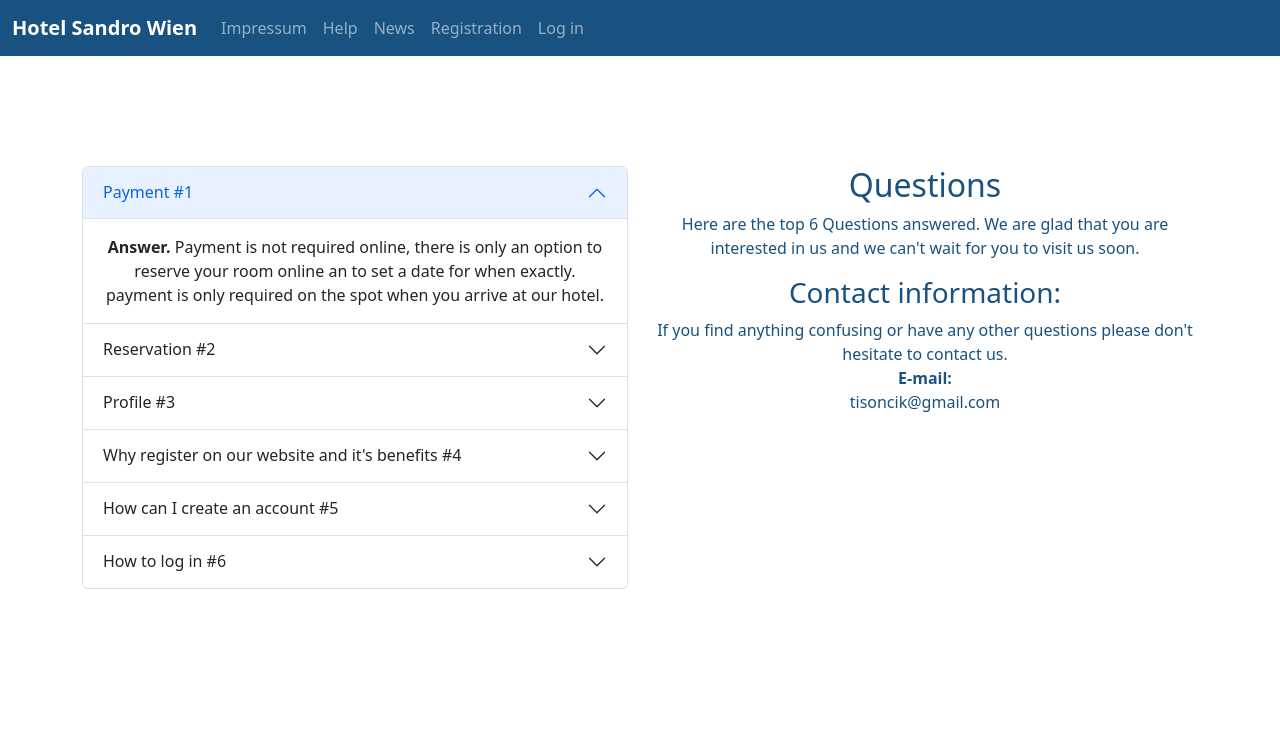
Repository: TIS0N/Hotel_Sandro
Page: http://localhost/pages/help.php
The author's editor kept a copy of each file at every save. The page is drawn from the files as they stood at one save, then again after the next save.
The browser window is 1280 px wide. The pictures show the whole page.
The page is run by PHP 8.4 with error messages shown; the project is at /var/www/html/.

Above is the page before, as saved 2023-01-15 23:05:01.

After the next save:
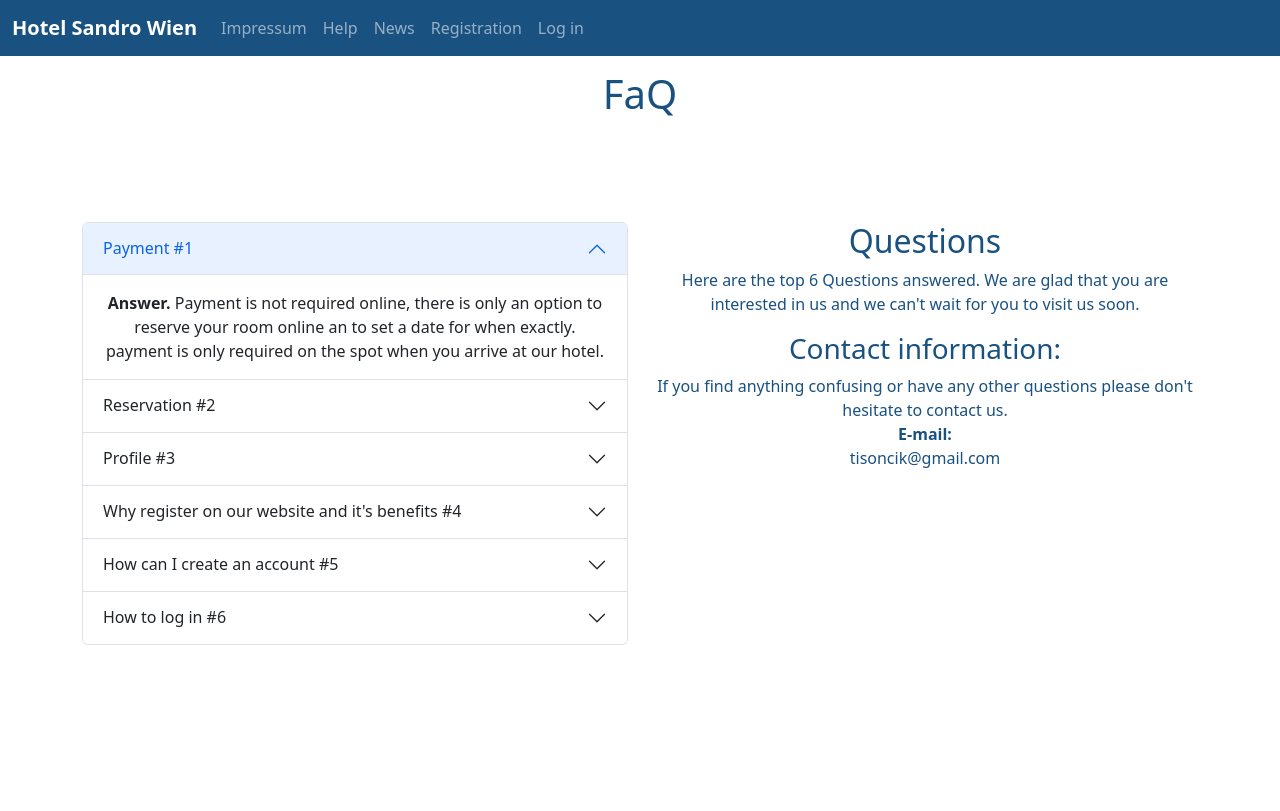
Saved 20 s later.
--- a/pages/help.php
+++ b/pages/help.php
@@ -17,6 +17,8 @@ session_start();
 <?php
 include "../inc/navigation.php";
 ?>
+
+<h1>FaQ</h1>
 <!--
     <div class="container text-center">
         <div class="row align-items-start">
